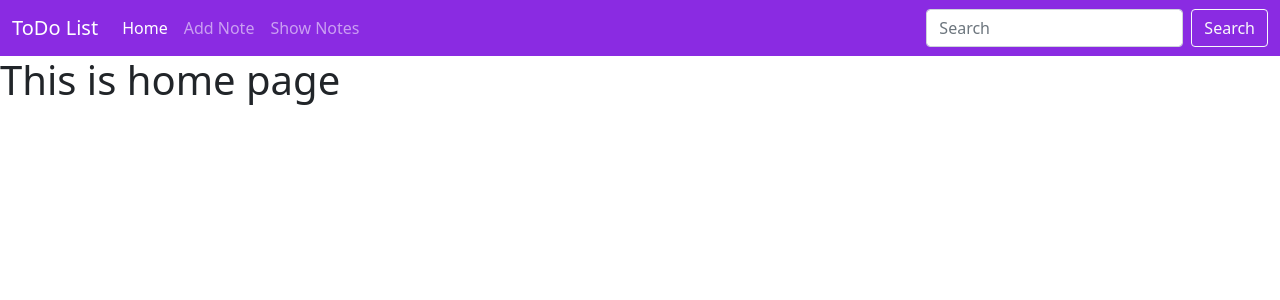
Repository: VishalSalvi17/Hibernate
Page: http://localhost/ToDoList/addnote.jsp
These files come from the project's save history. The page is drawn as it stood at one moment and after the next save; the edit follows.
The browser window is 1280 px wide. The pictures show the whole page.
The page is served by Tomcat 9. Other server files are loaded and not shown.

Above is the page before, as saved 2023-03-16 10:48:05.

### ToDoList/src/main/webapp/addnote.jsp
<%@ page language="java" contentType="text/html; charset=ISO-8859-1"
	pageEncoding="ISO-8859-1"%>
<!DOCTYPE html PUBLIC "-//W3C//DTD HTML 4.01 Transitional//EN" "http://www.w3.org/TR/html4/loose.dtd">
<html>
<head>
<!-- Required meta tags -->
<meta charset="utf-8">
<meta name="viewport" content="width=device-width, initial-scale=1">

<%@include file="all_js_css.jsp"%>
<title>Add Notes</title>
</head>
<body>
	<%@include file="navbar.jsp"%>
		<h1>This is home page</h1>
</body>
</html>

### ToDoList/src/main/webapp/all_js_css.jsp
<!-- Bootstrap CSS -->
<link
	href="https://cdn.jsdelivr.net/npm/bootstrap@5.0.2/dist/css/bootstrap.min.css"
	rel="stylesheet"
	integrity="sha384-EVSTQN3/azprG1Anm3QDgpJLIm9Nao0Yz1ztcQTwFspd3yD65VohhpuuCOmLASjC"
	crossorigin="anonymous">

<!-- style path-->
<link href="css/style.css" rel="stylesheet">

<!-- Option 1: Bootstrap Bundle with Popper -->
<script
	src="https://cdn.jsdelivr.net/npm/bootstrap@5.0.2/dist/js/bootstrap.bundle.min.js"
	integrity="sha384-MrcW6ZMFYlzcLA8Nl+NtUVF0sA7MsXsP1UyJoMp4YLEuNSfAP+JcXn/tWtIaxVXM"
	crossorigin="anonymous"></script>

<!-- Option 2: Separate Popper and Bootstrap JS -->
<script
	src="https://cdn.jsdelivr.net/npm/@popperjs/core@2.9.2/dist/umd/popper.min.js"
	integrity="sha384-IQsoLXl5PILFhosVNubq5LC7Qb9DXgDA9i+tQ8Zj3iwWAwPtgFTxbJ8NT4GN1R8p"
	crossorigin="anonymous"></script>
<script
	src="https://cdn.jsdelivr.net/npm/bootstrap@5.0.2/dist/js/bootstrap.min.js"
	integrity="sha384-cVKIPhGWiC2Al4u+LWgxfKTRIcfu0JTxR+EQDz/bgldoEyl4H0zUF0QKbrJ0EcQF"
	crossorigin="anonymous"></script>

### ToDoList/src/main/webapp/navbar.jsp
<nav class="navbar navbar-expand-lg navbar-dark blue">
  <div class="container-fluid">
    <a class="navbar-brand" href="index.jsp">ToDo List</a>
    <button class="navbar-toggler" type="button" data-bs-toggle="collapse" data-bs-target="#navbarSupportedContent" aria-controls="navbarSupportedContent" aria-expanded="false" aria-label="Toggle navigation">
      <span class="navbar-toggler-icon"></span>
    </button>
    <div class="collapse navbar-collapse" id="navbarSupportedContent">
      <ul class="navbar-nav me-auto mb-2 mb-lg-0">
        <li class="nav-item">
          <a class="nav-link active" aria-current="page" href="index.jsp">Home</a>
        </li>
        <li class="nav-item">
          <a class="nav-link" href="addnote.jsp">Add Note</a>
        </li>
        <li class="nav-item">
          <a class="nav-link" href="#" tabindex="-1">Show Notes</a>
        </li>
      </ul>
      <form class="d-flex">
        <input class="form-control me-2" type="search" placeholder="Search" aria-label="Search">
        <button class="btn btn-outline-light" type="submit">Search</button>
      </form>
    </div>
  </div>
</nav>

### ToDoList/src/main/webapp/css/style.css
.blue{
	background:#8A2BE2;
}

After the next save:
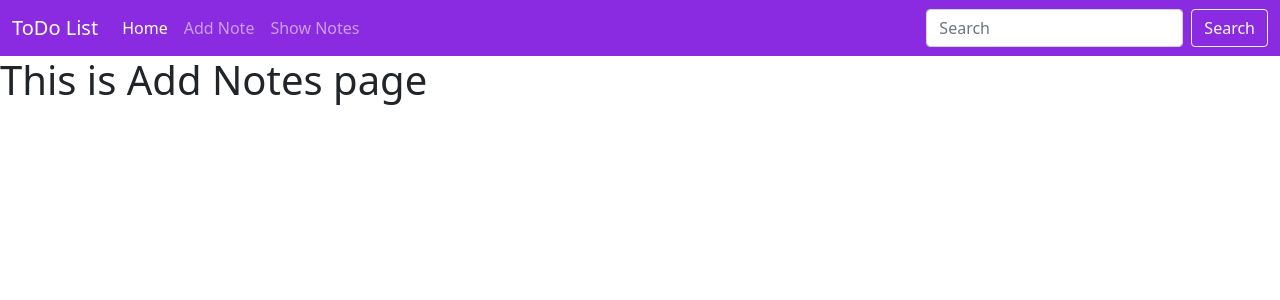
Saved 7 s later.
--- a/ToDoList/src/main/webapp/addnote.jsp
+++ b/ToDoList/src/main/webapp/addnote.jsp
@@ -12,6 +12,6 @@
 </head>
 <body>
 	<%@include file="navbar.jsp"%>
-		<h1>This is home page</h1>
+		<h1>This is Add Notes page</h1>
 </body>
 </html>
